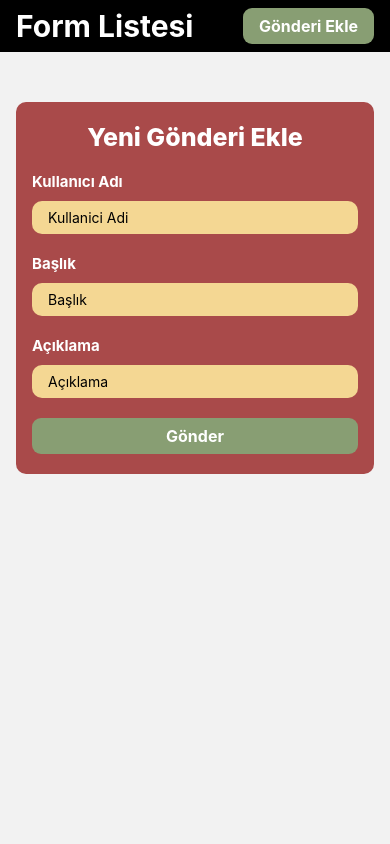
Repository: Kubraaygun/FirebaseRN
Screen: /
The author's editor kept a copy of each file at every save. The screen is drawn from the files as they stood at one save, then again after the next save.
The app was drawn by React Native's web renderer in a window 390 px wide. The project was rebuilt for these pictures with package versions that can differ from the ones it lists, and the page was loaded fresh each time. Also part of the build but not shown: src/screens/ListPost/ListPostView.jsx, src/screens/ListPost/ListPostController.jsx.

Above is the screen before, as saved 2025-01-20 20:54:48.

### App.js
import {SafeAreaView, StyleSheet, Text, View} from 'react-native';
import React, {useState} from 'react';
import {createNativeStackNavigator} from '@react-navigation/native-stack';
import {NavigationContainer} from '@react-navigation/native';
import ListPostController from './src/screens/ListPost/ListPostController';
import AddPostController from './src/screens/AddPost/AddPostController';
import AppBar from './src/screens/component/AppBar';

const App = () => {
  const [activePage, setActivePage] = useState('Gönderiler');
  const Stack = createNativeStackNavigator();
  return (
    <SafeAreaView style={{flex: 1}}>
      <NavigationContainer>
        <AppBar activePage={activePage} setActivePage={setActivePage} />
        <Stack.Navigator
          screenOptions={{headerShown: false}}
          initialRouteName="AddPost">
          <Stack.Screen name="ListPost" component={ListPostController} />
          <Stack.Screen name="AddPost" component={AddPostController} />
        </Stack.Navigator>
      </NavigationContainer>
    </SafeAreaView>
  );
};

export default App;

const styles = StyleSheet.create({});

### src/screens/AddPost/AddPostController.jsx
import {StyleSheet, Text, View} from 'react-native';
import React from 'react';
import AddPostView from './AddPostView';

const AddPostController = () => {
  return <AddPostView />;
};

export default AddPostController;

const styles = StyleSheet.create({});

### src/screens/component/AppBar.jsx
import {StyleSheet, Text, View} from 'react-native';
import React from 'react';
import CustomButton from './CustomButton';
import {useNavigation} from '@react-navigation/native';

const AppBar = ({activePage, setActivePage}) => {
  const navigation = useNavigation();
  return (
    <View style={styles.container}>
      <Text style={styles.title}>Form Listesi</Text>
      {activePage === 'Gönderiler' ? (
        <CustomButton
          buttonTitle={'Gönderi Ekle'}
          onPress={() => {
            setActivePage('Gönderi Ekle');
            navigation.navigate('AddPost');
          }}
        />
      ) : (
        <CustomButton
          buttonTitle={'Gönderi Listesi'}
          onPress={() => {
            setActivePage('Gönderiler');
            navigation.navigate('ListPost');
          }}
        />
      )}
    </View>
  );
};

export default AppBar;

const styles = StyleSheet.create({
  container: {
    backgroundColor: '#000000',
    flexDirection: 'row',
    justifyContent: 'space-between',
    paddingHorizontal: 16,
    paddingVertical: 8,
    alignItems: 'center',
  },
  title: {
    color: 'white',
    fontSize: 30,
    fontWeight: '700',
  },
});

### src/screens/AddPost/AddPostView.jsx
import {StyleSheet, Text, TextInput, View} from 'react-native';
import React from 'react';
import CustomButton from '../component/CustomButton';

const AddPostView = () => {
  return (
    <View style={styles.form}>
      <Text style={styles.formTitle}>Yeni Gönderi Ekle</Text>
      <View style={styles.inputGroup}>
        <Text style={styles.label}>Kullanıcı Adı</Text>
        <TextInput
          style={styles.input}
          placeholder="Kullanici Adi"
          placeholderTextColor={'black'}
        />
      </View>

      <View style={styles.inputGroup}>
        <Text style={styles.label}>Başlık</Text>
        <TextInput
          style={styles.input}
          placeholder="Başlık"
          placeholderTextColor={'black'}
        />
      </View>

      <View style={styles.inputGroup}>
        <Text style={styles.label}>Açıklama</Text>
        <TextInput
          style={styles.input}
          placeholder="Açıklama"
          placeholderTextColor={'black'}
        />
      </View>

      <CustomButton buttonTitle={'Gönder'} />
    </View>
  );
};

export default AddPostView;

const styles = StyleSheet.create({
  form: {
    backgroundColor: '#A94A4A',
    marginVertical: 50,
    marginHorizontal: 16,
    paddingHorizontal: 16,
    paddingVertical: 20,
    borderRadius: 10,
    gap: 20,
  },
  inputGroup: {
    gap: 10,
  },
  formTitle: {
    color: '#FFFFFF',
    textAlign: 'center',
    fontSize: 25,
    fontWeight: '800',
  },
  label: {
    color: '#FFFFFF',
    fontSize: 15,
    fontWeight: '700',
  },
  input: {
    backgroundColor: '#F4D793',
    paddingHorizontal: 16,
    paddingVertical: 8,
    borderRadius: 10,
  },
});

### src/screens/component/CustomButton.jsx
import {StyleSheet, Text, TouchableOpacity, View} from 'react-native';
import React from 'react';

const CustomButton = ({buttonTitle, onPress}) => {
  return (
    <TouchableOpacity onPress={onPress} style={styles.buttonContainer}>
      <Text style={styles.buttonTitle}>{buttonTitle}</Text>
    </TouchableOpacity>
  );
};

export default CustomButton;

const styles = StyleSheet.create({
  buttonContainer: {
    backgroundColor: '#889E73',
    paddingHorizontal: 16,
    paddingVertical: 8,
    borderRadius: 9,
    alignItems: 'center',
    justifyContent: 'center',
  },
  buttonTitle: {
    color: '#ffffff',
    fontSize: 16,
    fontWeight: '700',
  },
});

After the next save:
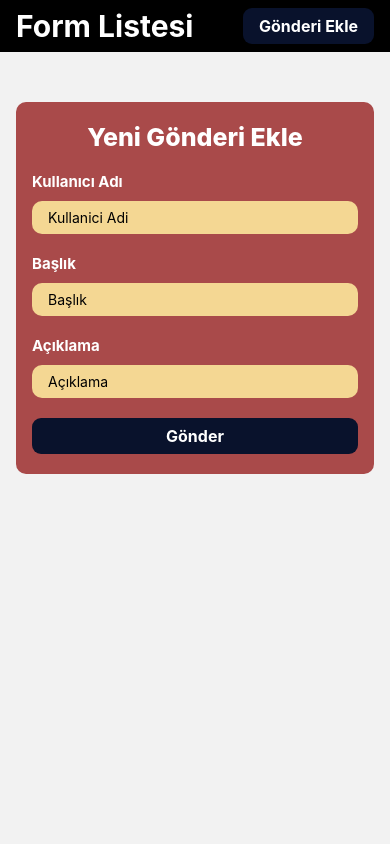
Saved 11 s later.
--- a/src/screens/component/CustomButton.jsx
+++ b/src/screens/component/CustomButton.jsx
@@ -13,7 +13,7 @@ export default CustomButton;
 
 const styles = StyleSheet.create({
   buttonContainer: {
-    backgroundColor: '#889E73',
+    backgroundColor: '#09122C',
     paddingHorizontal: 16,
     paddingVertical: 8,
     borderRadius: 9,
